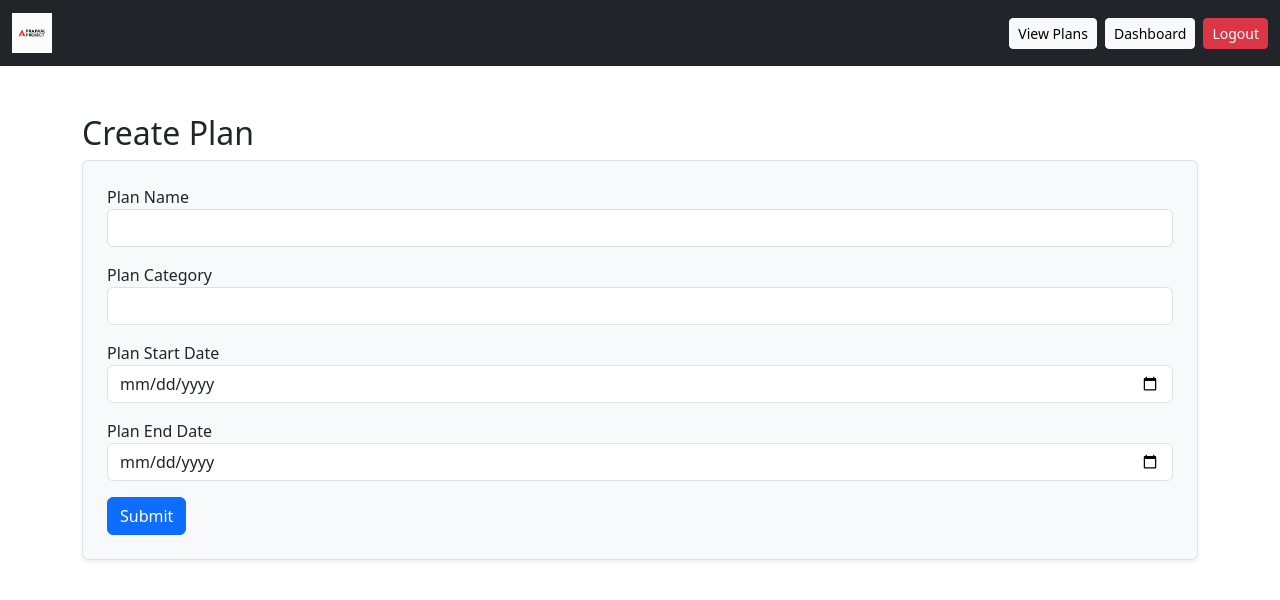
Repository: PRAJWALSINKAR/Spring_boot_Major_Projects
Page: http://localhost/create-plan
The author's editor kept a copy of each file at every save. The page is drawn from the files as they stood at one save, then again after the next save.
The browser window is 1280 px wide. The pictures show the whole page.
The page is this project's Thymeleaf template; nobody is signed in. The template is opened directly, without the code that normally fills it, so the values that code supplies are empty.

Above is the page before, as saved 2025-08-06 18:41:49.

After the next save:
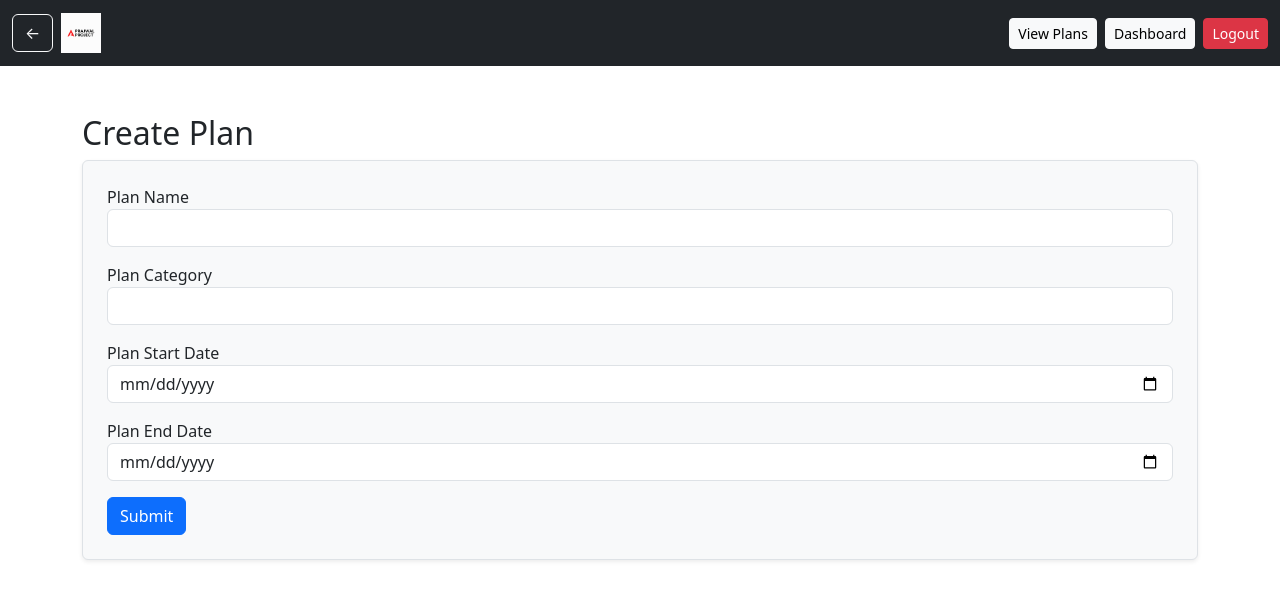
Saved 3 min 6 s later.
--- a/IES-Integrated_Eligibility_system/src/main/resources/templates/create-plan.html
+++ b/IES-Integrated_Eligibility_system/src/main/resources/templates/create-plan.html
@@ -7,6 +7,10 @@
 <body>
 <nav class="navbar navbar-expand-lg navbar-dark bg-dark">
     <div class="container-fluid">
+     <!-- Back Button -->
+        <button onclick="history.back()" class="btn btn-outline-light me-2" title="Go Back">
+            &#8592;
+        </button>
         <a class="navbar-brand" href="#">
             <img th:src="@{/images/myName-Logo.png}" alt="Logo" width="40" height="40"/>
         </a>
